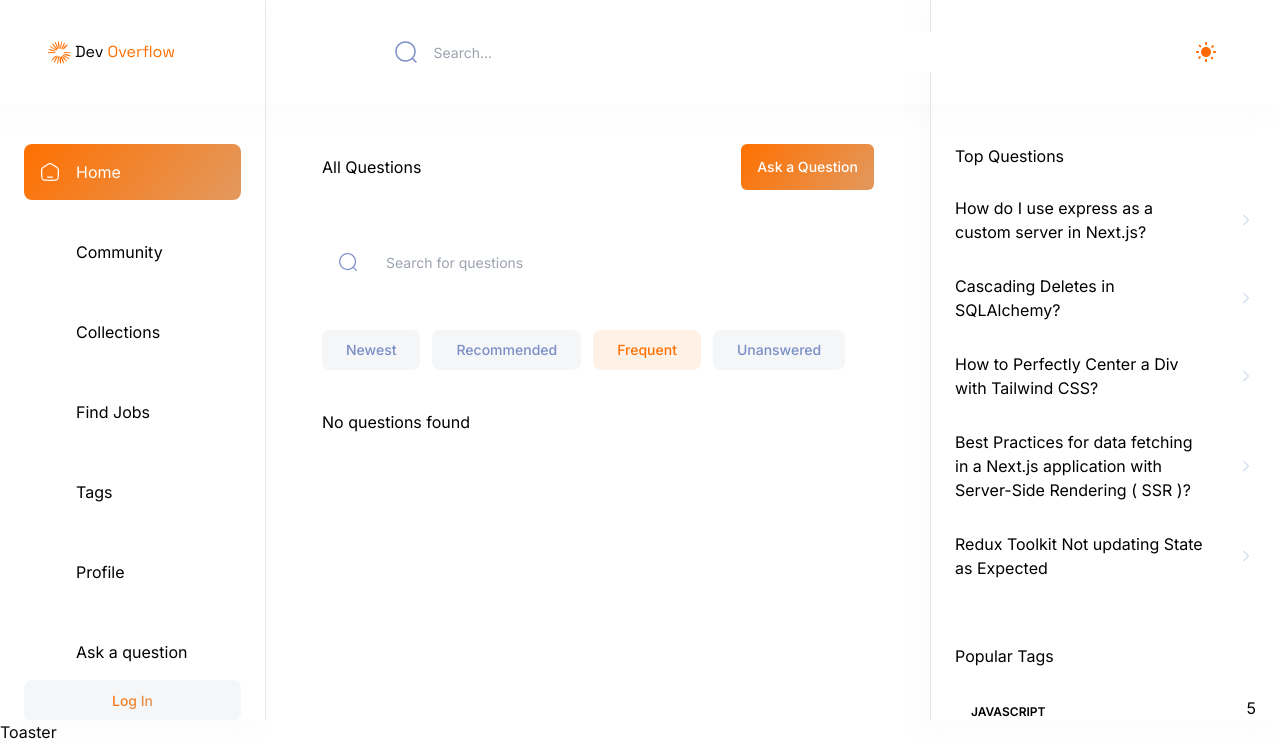
Repository: Saadelfadil/StackOverFlow
Page: /
These files come from the project's save history. The page is drawn as it stood at one moment and after a run of saves; the edit follows.
The browser window is 1280 px wide. The pictures show the whole page.
The page's requests for data from a server got no answer. The project was rebuilt for these pictures with package versions that can differ from the ones it lists, and the page was loaded fresh each time. Some packages were replaced by stand-ins written for this rebuild. The framework's server and built-in components were replaced by stand-ins that run in the browser. No one was signed in, and anything a server would have sent is missing. Also part of the build but not shown: next.config.js.

Above is the page before, as saved 2024-01-08 15:01:23.

After the next 3 saves:
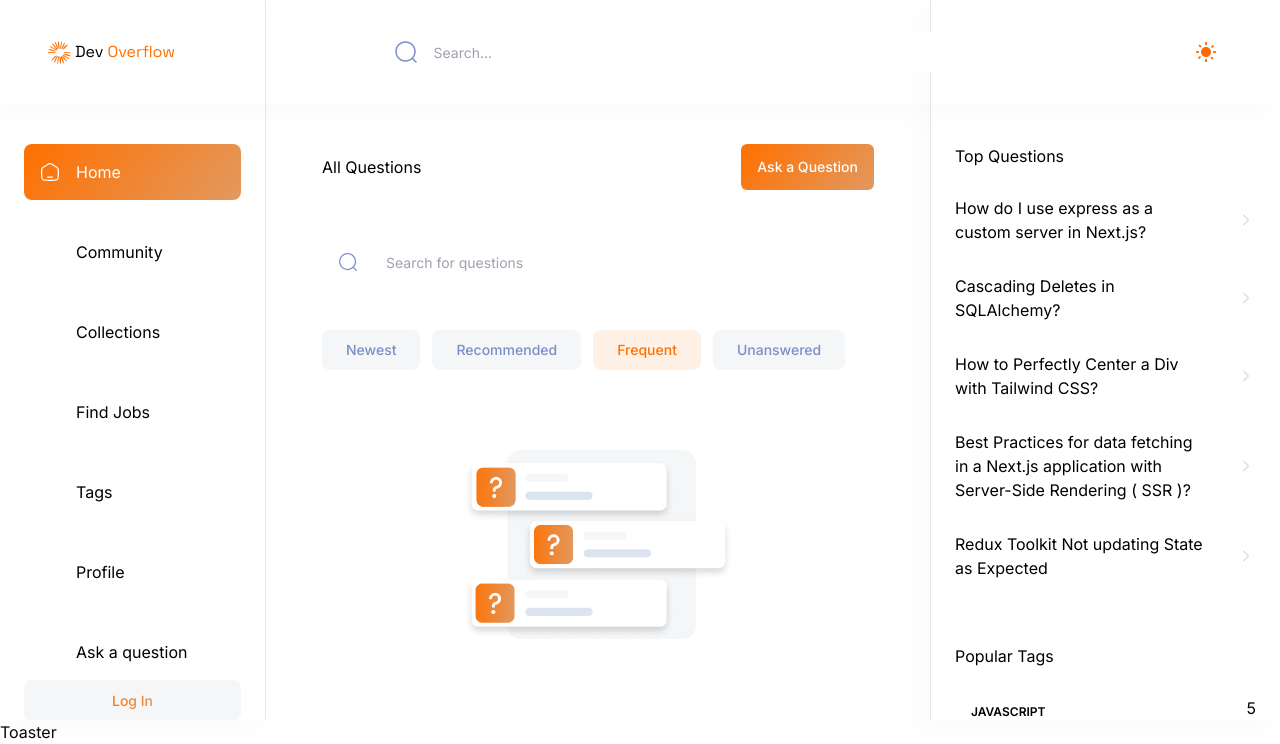
The 3 saves are shown as one change because they came seconds apart.
The last was saved 18 s later.
--- a/app/(root)/(home)/page.tsx
+++ b/app/(root)/(home)/page.tsx
@@ -1,4 +1,5 @@
 import Filter from "@/components/shared/Filter";
+import NoResult from "@/components/shared/NoResult";
 import HomeFilters from "@/components/shared/home/HomeFilters";
 import LocalSearchbar from "@/components/shared/search/LocalSearchbar";
 import { Button } from "@/components/ui/button";
@@ -64,7 +65,7 @@ export default function Home() {
       <div className="mt-10 flex w-full flex-col gap-6">
         {questions.length > 0
           ? questions.map((question) => "question")
-          : "No questions found"}
+          : <NoResult />}
       </div>
     </>
   );
